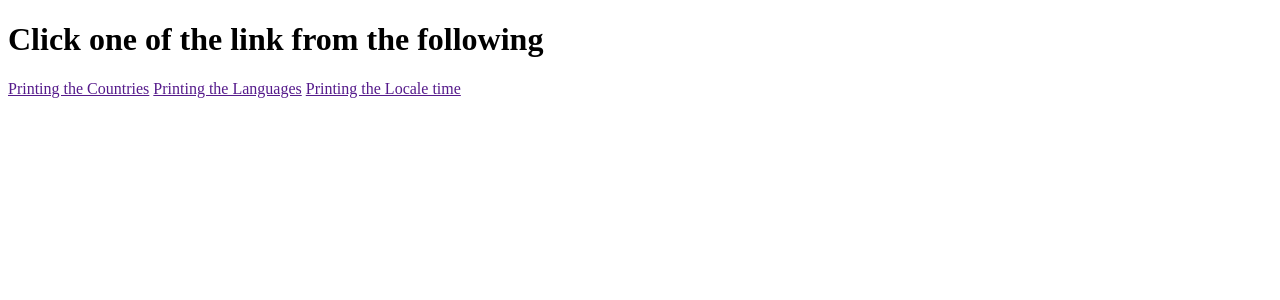
Repository: prati21-eng/Servlet-Projects
Page: Multiple_Links_Mapping/src/main/webapp/index.html
An editor plug-in stored every save of this project. The page is shown before and after the next save, followed by the edit.
The browser window is 1280 px wide. The pictures show the whole page.

Above is the page before, as saved 2024-09-09 12:14:11.

After the next save:
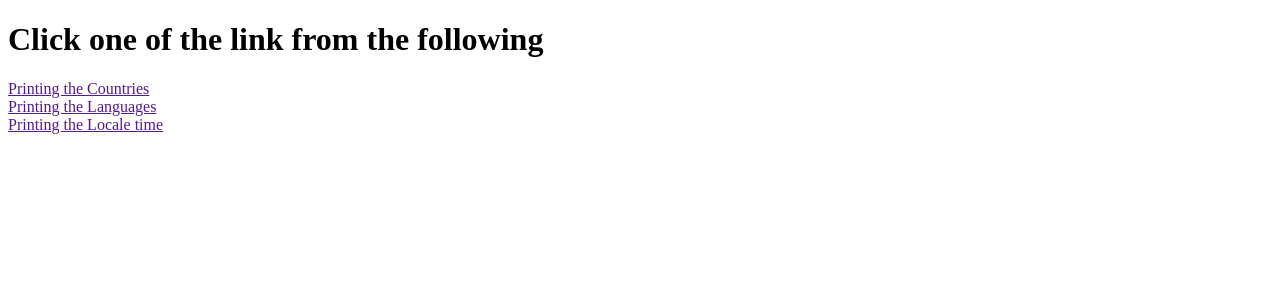
Saved 89 s later.
--- a/Multiple_Links_Mapping/src/main/webapp/index.html
+++ b/Multiple_Links_Mapping/src/main/webapp/index.html
@@ -8,8 +8,8 @@
 <body>
     <h1>Click one of the link from the following</h1>
 
-    <a href="">Printing the Countries</a>
-    <a href="">Printing the Languages</a>
-    <a href="">Printing the Locale time</a>
+    <a href="">Printing the Countries</a><br>
+    <a href="">Printing the Languages</a><br>
+    <a href="">Printing the Locale time</a><br>
 </body>
 </html>
